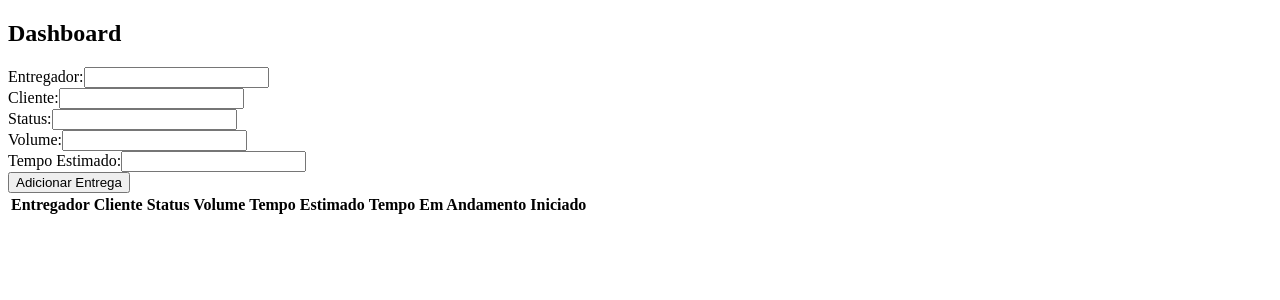
Repository: feliperanon/mobilegestao
Page: /dashboard (app in frontend/)
An editor plug-in stored every save of this project. The page is shown before and after the next save, followed by the edit.
The browser window is 1280 px wide. The pictures show the whole page.
The page's requests for data from a server got no answer. The project was rebuilt for these pictures with package versions that can differ from the ones it lists, and the page was loaded fresh each time. No one was signed in, and anything a server would have sent is missing. Also part of the build but not shown: frontend/webpack.config.js, frontend/src/pages/Home.js, frontend/src/pages/History.js, frontend/src/pages/Analysis.js, frontend/src/components/Login.js, frontend/src/components/Register.js, frontend/src/components/AddDelivery.js, frontend/src/components/Deliveries.js.

Above is the page before, as saved 2024-07-14 16:02:23.

### frontend/public/index.html
<!-- frontend/public/index.html -->

<!DOCTYPE html>
<html lang="en">
<head>
    <meta charset="UTF-8">
    <meta name="viewport" content="width=device-width, initial-scale=1.0">
    <title>Mobile Gestão</title>
</head>
<body>
    <div id="root"></div>
</body>
</html>

### frontend/src/index.js
// frontend/src/index.js

import React from 'react';
import ReactDOM from 'react-dom';
import { BrowserRouter as Router, Route, Switch } from 'react-router-dom';
import Home from './pages/Home';
import History from './pages/History';
import Analysis from './pages/Analysis';
import Dashboard from './components/Dashboard';
import Login from './components/Login';
import Register from './components/Register';
import AddDelivery from './components/AddDelivery';
import Deliveries from './components/Deliveries';

ReactDOM.render(
  <Router>
    <Switch>
      <Route path="/" exact component={Home} />
      <Route path="/login" component={Login} />
      <Route path="/register" component={Register} />
      <Route path="/dashboard" component={Dashboard} />
      <Route path="/history" component={History} />
      <Route path="/analysis" component={Analysis} />
      <Route path="/add-delivery" component={AddDelivery} />
      <Route path="/deliveries" component={Deliveries} />
    </Switch>
  </Router>,
  document.getElementById('root')
);

### frontend/src/components/Dashboard.js
// frontend/src/components/Dashboard.js

import React, { useEffect, useState } from 'react';
import axios from 'axios';

const Dashboard = () => {
  const [deliveries, setDeliveries] = useState([]);
  const [entregador, setEntregador] = useState('');
  const [cliente, setCliente] = useState('');
  const [status, setStatus] = useState('');
  const [volume, setVolume] = useState('');
  const [tempoEstimado, setTempoEstimado] = useState('');

  useEffect(() => {
    const fetchData = async () => {
      const res = await axios.get('http://localhost:5008/api/deliveries');
      setDeliveries(res.data);
    };
    fetchData();
  }, []);

  const handleSubmit = async (e) => {
    e.preventDefault();
    try {
      const res = await axios.post('http://localhost:5008/api/deliveries', {
        entregador,
        cliente,
        status,
        volume,
        tempoEstimado,
      });
      setDeliveries([res.data, ...deliveries]);
      setEntregador('');
      setCliente('');
      setStatus('');
      setVolume('');
      setTempoEstimado('');
    } catch (err) {
      console.error(err);
    }
  };

  return (
    <div>
      <h2>Dashboard</h2>
      <form onSubmit={handleSubmit}>
        <div>
          <label>Entregador:</label>
          <input type="text" value={entregador} onChange={(e) => setEntregador(e.target.value)} required />
        </div>
        <div>
          <label>Cliente:</label>
          <input type="text" value={cliente} onChange={(e) => setCliente(e.target.value)} required />
        </div>
        <div>
          <label>Status:</label>
          <input type="text" value={status} onChange={(e) => setStatus(e.target.value)} required />
        </div>
        <div>
          <label>Volume:</label>
          <input type="number" value={volume} onChange={(e) => setVolume(e.target.value)} required />
        </div>
        <div>
          <label>Tempo Estimado:</label>
          <input type="number" value={tempoEstimado} onChange={(e) => setTempoEstimado(e.target.value)} required />
        </div>
        <button type="submit">Adicionar Entrega</button>
      </form>
      <table>
        <thead>
          <tr>
            <th>Entregador</th>
            <th>Cliente</th>
            <th>Status</th>
            <th>Volume</th>
            <th>Tempo Estimado</th>
            <th>Tempo Em Andamento</th>
            <th>Iniciado</th>
          </tr>
        </thead>
        <tbody>
          {deliveries.map((delivery) => (
            <tr key={delivery._id}>
              <td>{delivery.entregador}</td>
              <td>{delivery.cliente}</td>
              <td>{delivery.status}</td>
              <td>{delivery.volume}</td>
              <td>{delivery.tempoEstimado}</td>
              <td>{delivery.tempoEmAndamento}</td>
              <td>{new Date(delivery.iniciado).toLocaleString()}</td>
            </tr>
          ))}
        </tbody>
      </table>
    </div>
  );
};

export default Dashboard;

After the next save:
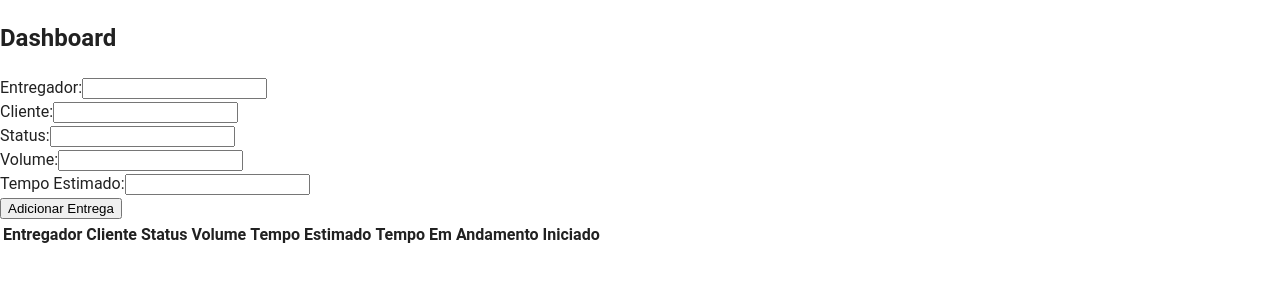
Saved 3 min 22 s later.
--- a/frontend/src/index.js
+++ b/frontend/src/index.js
@@ -3,27 +3,42 @@
 import React from 'react';
 import ReactDOM from 'react-dom';
 import { BrowserRouter as Router, Route, Switch } from 'react-router-dom';
+import { ThemeProvider, createTheme } from '@mui/material/styles';
+import CssBaseline from '@mui/material/CssBaseline';
 import Home from './pages/Home';
 import History from './pages/History';
 import Analysis from './pages/Analysis';
 import Dashboard from './components/Dashboard';
 import Login from './components/Login';
 import Register from './components/Register';
-import AddDelivery from './components/AddDelivery';
-import Deliveries from './components/Deliveries';
+
+const theme = createTheme({
+  palette: {
+    primary: {
+      main: '#1976d2',
+    },
+    secondary: {
+      main: '#dc004e',
+    },
+  },
+  typography: {
+    fontFamily: 'Roboto, Arial, sans-serif',
+  },
+});
 
 ReactDOM.render(
-  <Router>
-    <Switch>
-      <Route path="/" exact component={Home} />
-      <Route path="/login" component={Login} />
-      <Route path="/register" component={Register} />
-      <Route path="/dashboard" component={Dashboard} />
-      <Route path="/history" component={History} />
-      <Route path="/analysis" component={Analysis} />
-      <Route path="/add-delivery" component={AddDelivery} />
-      <Route path="/deliveries" component={Deliveries} />
-    </Switch>
-  </Router>,
+  <ThemeProvider theme={theme}>
+    <CssBaseline />
+    <Router>
+      <Switch>
+        <Route path="/" exact component={Home} />
+        <Route path="/login" component={Login} />
+        <Route path="/register" component={Register} />
+        <Route path="/dashboard" component={Dashboard} />
+        <Route path="/history" component={History} />
+        <Route path="/analysis" component={Analysis} />
+      </Switch>
+    </Router>
+  </ThemeProvider>,
   document.getElementById('root')
 );
